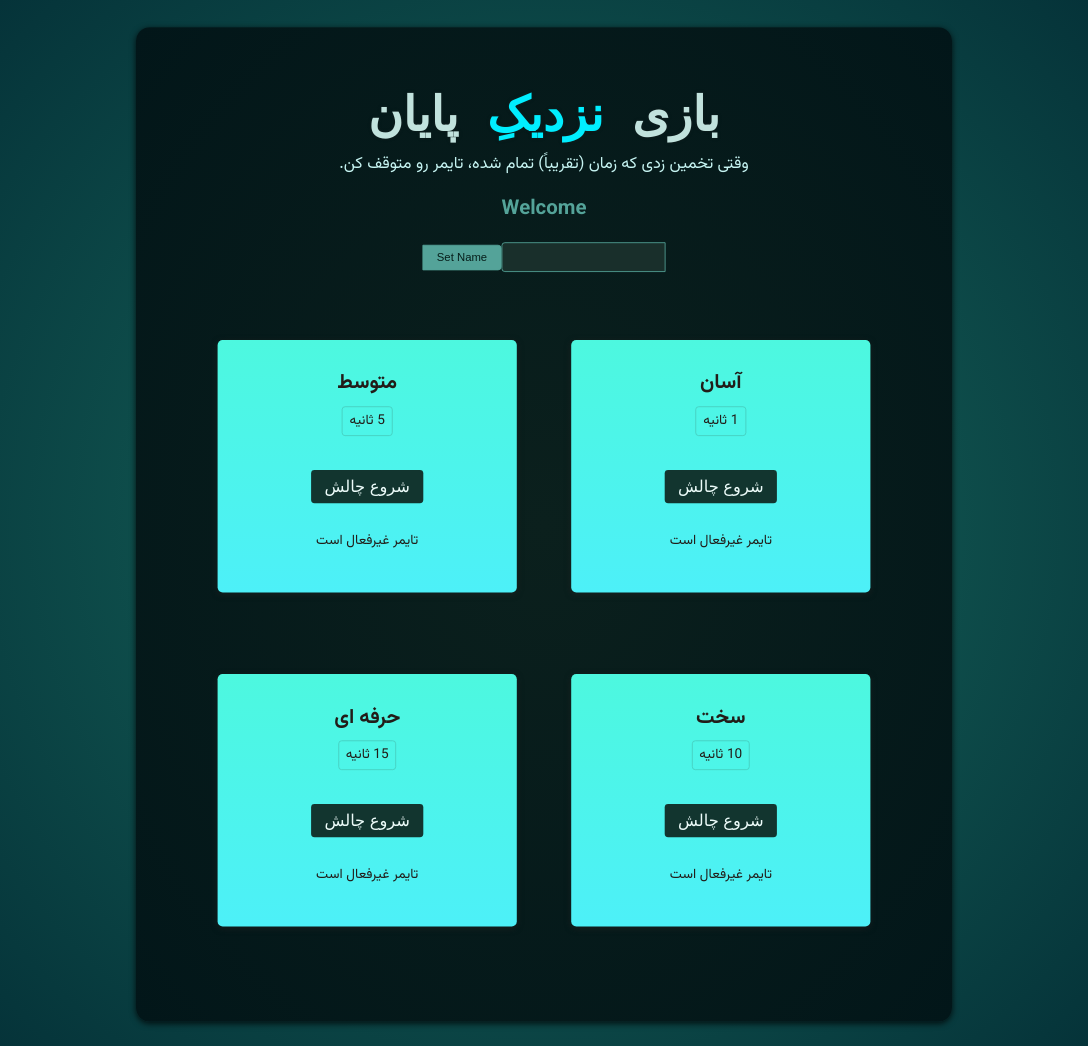
Repository: H-ala/react-near-end
Page: /
An editor plug-in stored every save of this project. The page is shown before and after the next save, followed by the edit.
The browser window is 1280 px wide. The pictures show the whole page, at 85% of full size.
The project was rebuilt for these pictures with package versions that can differ from the ones it lists, and the page was loaded fresh each time. Also part of the build but not shown: vite.config.js.

Above is the page before, as saved 2025-10-21 19:18:56.

After the next save:
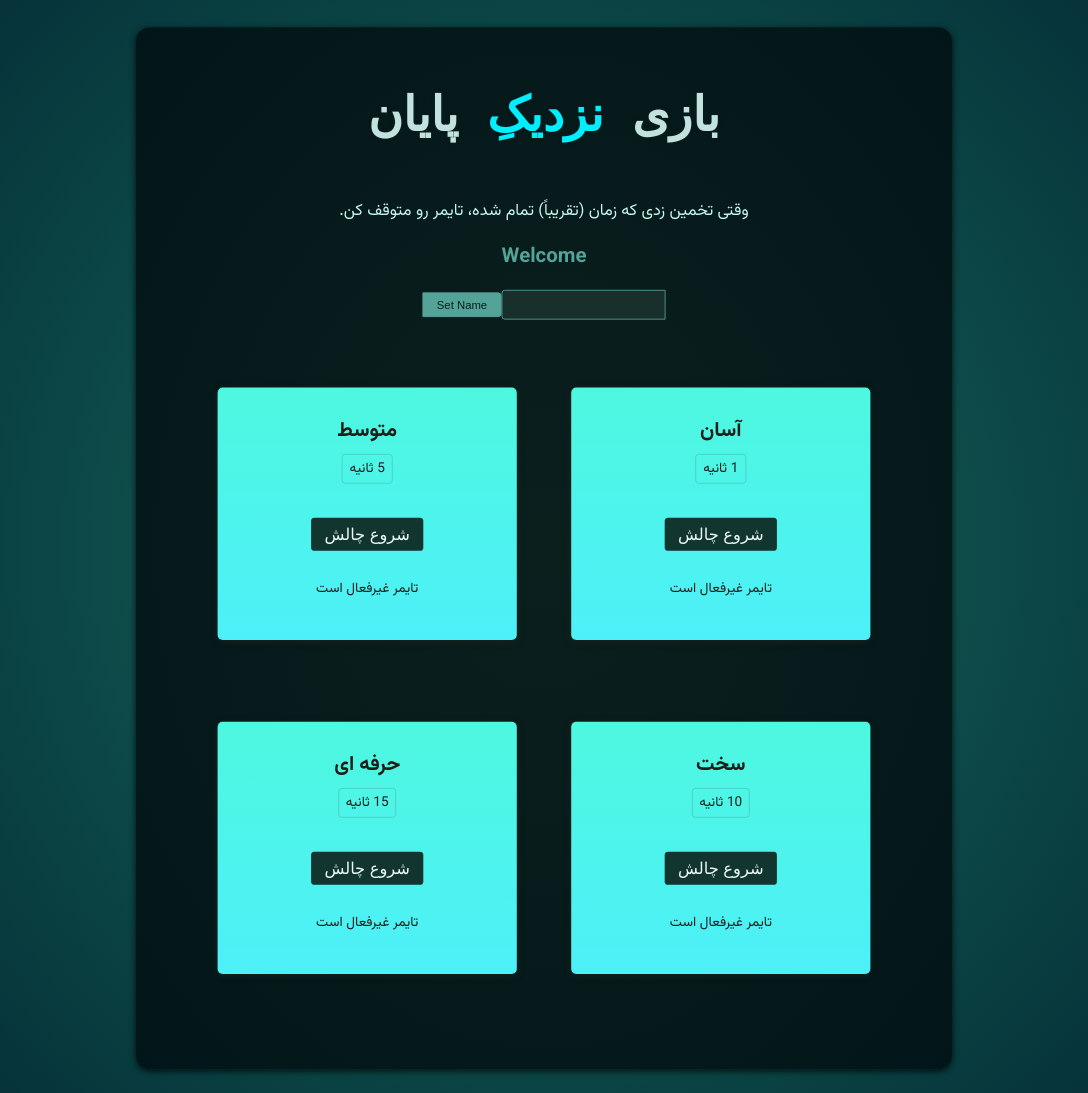
Saved 7 s later.
--- a/src/index.css
+++ b/src/index.css
@@ -31,7 +31,7 @@ h1 {
   color: #c1e2dd;
   text-shadow: 0 0 4px rgba(35, 34, 34, 0.4);
   font-size: 3.5rem;
-  margin-bottom: 7px;
+  margin-bottom: 7%;
 }
 
 h1 em {
